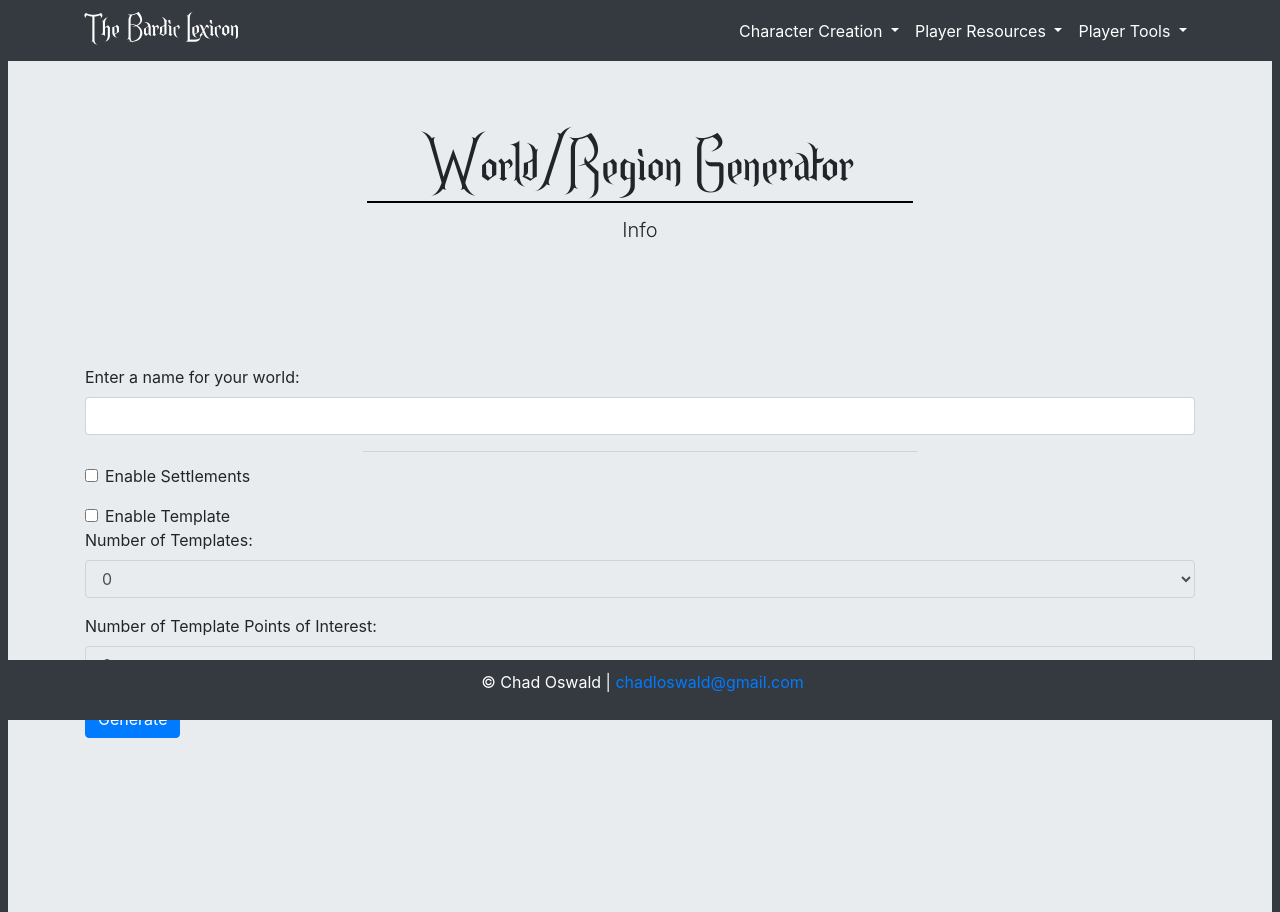
Repository: ChaidGPT/TheBardicLexicon
Page: playerTools/worldGenerator.html
The author's editor kept a copy of each file at every save. The page is drawn from the files as they stood at one save, then again after the next save.
The browser window is 1280 px wide. The pictures show the whole page.

Above is the page before, as saved 2024-02-05 09:06:21.

### playerTools/worldGenerator.html
<!DOCTYPE html>
<html lang="en">
  <head>
    <meta charset="utf-8" />
    <meta name="viewport" content="width=device-width, initial-scale=1" />
    <title>World Generator</title>
    <link
      rel="stylesheet"
      href="https://cdn.jsdelivr.net/npm/bootstrap@4.3.1/dist/css/bootstrap.min.css"
      integrity="sha384-ggOyR0iXCbMQv3Xipma34MD+dH/1fQ784/j6cY/iJTQUOhcWr7x9JvoRxT2MZw1T"
      crossorigin="anonymous"
    />
    <link rel="stylesheet" href="../style.css" />
  </head>

  <body>
    <header class="header-top">
      <nav class="navbar navbar-expand-lg fixed-top">
        <div class="container">
          <a class="navbar-brand navMonsterName" href="../index.html"
            >The Bardic Lexicon</a
          >
          <button
            class="navbar-toggler navbar-dark"
            type="button"
            data-toggle="collapse"
            data-target="#navbarNavDropdown"
            aria-controls="navbarNavDropdown"
            aria-expanded="false"
            aria-label="Toggle navigation"
          >
            <span class="navbar-toggler-icon"></span>
          </button>
          <div class="collapse navbar-collapse" id="navbarNavDropdown">
            <ul class="navbar-nav ml-auto nav justify-content-end">
              <li class="nav-item dropdown">
                <a
                  class="nav-link dropdown-toggle"
                  href="#"
                  id="navbarCharacter"
                  role="button"
                  data-toggle="dropdown"
                  aria-haspopup="true"
                  aria-expanded="false"
                >
                  Character Creation
                </a>
                <div class="dropdown-menu" aria-labelledby="navbarCharacter">
                  <a class="dropdown-item" href="../playerResources/races.html"
                    >Races</a
                  >
                  <a
                    class="dropdown-item"
                    href="../playerResources/classes.html"
                    >Classes</a
                  >
                  <a
                    class="dropdown-item"
                    href="../playerResources/personality.html"
                    >Personality & Inspiration</a
                  >
                  <a
                    class="dropdown-item"
                    href="../playerResources/background.html"
                    >Character Backgrounds</a
                  >
                </div>
              </li>
              <li class="nav-item dropdown">
                <a
                  class="nav-link dropdown-toggle"
                  href="#"
                  id="navbarResources"
                  role="button"
                  data-toggle="dropdown"
                  aria-haspopup="true"
                  aria-expanded="false"
                >
                  Player Resources
                </a>
                <div class="dropdown-menu" aria-labelledby="navbarResources">
                  <h6 class="dropdown-header">Items</h6>
                  <a class="dropdown-item" href="../playerResources/gear.html"
                    >Adventuring Gear</a
                  >
                  <a
                    class="dropdown-item"
                    href="../playerResources/equipment.html"
                    >Equipment</a
                  >
                  <div class="dropdown-divider"></div>
                  <h6 class="dropdown-header">Magic</h6>
                  <a class="dropdown-item" href="../playerResources/spells.html"
                    >Spells</a
                  >
                  <div class="dropdown-divider"></div>
                  <h6 class="dropdown-header">Inhabitants of the Realms</h6>
                  <a
                    class="dropdown-item"
                    href="../playerResources/bestiary.html"
                    >Bestiary</a
                  >
                  <a class="dropdown-item" href="../playerResources/gods.html"
                    >Gods & Deities</a
                  >
                </div>
              </li>
              <li class="nav-item dropdown">
                <a
                  class="nav-link dropdown-toggle"
                  href="#"
                  id="navbarDropdown"
                  role="button"
                  data-toggle="dropdown"
                  aria-haspopup="true"
                  aria-expanded="false"
                >
                  Player Tools
                </a>
                <div class="dropdown-menu" aria-labelledby="navbarDropdown">
                  <a class="dropdown-item" href="../playerTools/charSheet.html"
                    >Character Sheet</a
                  >
                  <a class="dropdown-item" href="../playerTools/dice.html"
                    >Dice Roll Generator</a
                  >
                  <div class="dropdown-divider"></div>
                  <a class="dropdown-item" href="#">More</a>
                </div>
              </li>
            </ul>
          </div>
        </div>
      </nav>
    </header>

    <div class="container" id="monsterPage">
      <div class="container-fluid px-4 py-5 my-5 text-center">
        <h1 class="display-5 fw-bold contentsPageName">
          World/Region Generator
        </h1>
        <div>
          <div class="horizontal-line"></div>
          <p class="lead mb-4">Info</p>
        </div>
      </div>

      <div class="container mt-5 text-left">

        <!-- Start World Generator Form -->

        <form id="worldForm" class="mb-4">

          <!-- Start World Name Field -->
          <div class="form-group">
            <label for="worldName">Enter a name for your world:</label>
            <input type="text" class="form-control" id="worldName" autocomplete="off" required />
          </div>
          <!-- End World Name Field -->

          <div class="light-horizontal-line"></div>

<!-- Start Settlement Options -->
<div class="form-group">
  <div class="form-check">
    <input
      class="form-check-input"
      type="checkbox"
      id="enableSettlements"
      data-toggle="collapse"
      data-target="#settlementOptions"
    />
    <label class="form-check-label" for="enableSettlements"
      >Enable Settlements</label
    >
  </div>

  <!-- Add the 'collapse' class to the following div -->
  <div id="settlementOptions" class="collapse">

    <!-- Wrap both settlement options in a common container -->
    <div class="settlement-options-container">

      <!-- Number of Settlements -->
      <div>
        <label for="settlements">Number of Settlements:</label>
        <select class="form-control" id="settlements" disabled>
          <option value="0">0</option>
          <option value="1">1</option>
          <option value="2">2</option>
          <option value="3">3</option>
          <option value="4">4</option>
          <option value="5">5</option>
          <!-- Add more options as needed -->
        </select>
      </div>

      <!-- Number of Settlement Points of Interest -->
      <div>
        <label for="settlementPOI"
          >Number of Settlement Points of Interest:</label
        >
        <select class="form-control" id="settlementPOI" disabled>
          <option value="0">0</option>
          <option value="1">1</option>
          <option value="2">2</option>
          <option value="3">3</option>
          <option value="4">4</option>
          <option value="5">5</option>
          <!-- Add more options as needed -->
        </select>
      </div>

    </div>
    <div class="light-horizontal-line"></div>
  </div>

</div>
<!-- End Settlement Options -->




          <!-- Start Template Options -->
          <div class="form-group">
            <div class="form-check">
              <input
                class="form-check-input"
                type="checkbox"
                id="enableTemplate"
              />
              <label class="form-check-label" for="enableTemplate"
                >Enable Template</label
              >
            </div>
            <label for="template">Number of Templates:</label>
            <select class="form-control" id="template" disabled>
              <option value="0">0</option>
              <option value="1">1</option>
              <option value="2">2</option>
              <option value="3">3</option>
              <option value="4">4</option>
              <option value="5">5</option>
              <!-- Add more options as needed -->
            </select>
          </div>

          <div class="form-group">
            <label for="templatePOI"
              >Number of Template Points of Interest:</label
            >
            <select class="form-control" id="templatePOI" disabled>
              <option value="0">0</option>
              <option value="1">1</option>
              <option value="2">2</option>
              <option value="3">3</option>
              <option value="4">4</option>
              <option value="5">5</option>
              <!-- Add more options as needed -->
            </select>
          </div>
          <!-- End Template Options -->

          <!-- Submit Button -->
          <button type="submit" class="btn btn-primary">Generate</button>
        </form>

        <!-- End World Generator Form -->

        <div id="generatedContent"></div>

        <div class="text-center mt-3">
          <button type="button" class="btn btn-secondary" id="printButton">
            Print
          </button>
        </div>
      </div>
    </div>

    <footer class="page-footer font-small blue fixed-bottom">
      <p>
        &copy; Chad Oswald |
        <a href="mailto:chadloswald@gmail.com">chadloswald@gmail.com</a>
      </p>
    </footer>

    <script
      src="https://code.jquery.com/jquery-3.3.1.slim.min.js"
      integrity="sha384-q8i/X+965DzO0rT7abK41JStQIAqVgRVzpbzo5smXKp4YfRvH+8abtTE1Pi6jizo"
      crossorigin="anonymous"
    ></script>
    <script
      src="https://cdn.jsdelivr.net/npm/popper.js@1.14.7/dist/umd/popper.min.js"
      integrity="sha384-UO2eT0CpHqdSJQ6hJty5KVphtPhzWj9WO1clHTMGa3JDZwrnQq4sF86dIHNDz0W1"
      crossorigin="anonymous"
    ></script>
    <script
      src="https://cdn.jsdelivr.net/npm/bootstrap@4.3.1/dist/js/bootstrap.min.js"
      integrity="sha384-JjSmVgyd0p3pXB1rRibZUAYoIIy6OrQ6VrjIEaFf/nJGzIxFDsf4x0xIM+B07jRM"
      crossorigin="anonymous"
    ></script>
    <script src="worldGenerator.js"></script>
  </body>
</html>

### style.css
@font-face {
  font-family: 'endor';
  src: url('endor.ttf') format('truetype');
}

html {
  border-left: 8px solid #343a40;
  border-right: 8px solid #343a40;
  min-height: 100%;
}

.header-top {
  position: relative;
  z-index: 10;
}

/* CSS for header */
.navbar {
  background-color: #343a40;
  color: #fff;
}

.navbar .navbar-brand {
  color: #fff;
}

.navbar .navbar-brand:hover {
  color: lightgrey;
}

.navbar .nav-link {
  color: #fff;
}

.navbar .nav-link:hover {
  color: lightgrey;
}

nav .navbar-toggler-icon {
  color: #fff;
}

body {
  background-color: #e9ecef;
  padding: 25px 0 0 0;
}

.beast-thumbnail {
  width: auto;
  max-height: 150px;
}

.bestiary-figure {
  border: 2px transparent solid;
  background-color: #fff;
}

.bestiary-figure:hover {
  border: 2px black solid;
}

/* CSS for footer */
footer {
  background-color: #343a40;
  color: #fff;
  padding: 10px;
  margin: 30px 0 0 0;
  display: flex;
  justify-content: center;
  align-items: center;
  border-left: 5px solid #343a40;
}

.goBackBtn {
  position: absolute;
  top: 65px;
  left: 13px;

  padding: .25rem .4rem;
  font-size: .875rem;
  line-height: .5;
  border-radius: .2rem;
}

.jumbotron {
  text-align: center;
  margin-bottom: 100px;
  min-height: 500px;

  h1, p {
    text-align: left;
  }
}

/* .card {
  padding: 20px;
  border: 2px lightgray solid;
  border-radius: 5%;
  max-width: 85%;
  margin: 30px auto;
} */

#monsterPage {
  padding: 20px 0px 150px 0px;
  min-height: 100vh;
  justify-content: center;
  align-items: center;
  text-align: center;
}

.monsterName {
  font-family: 'endor';
  padding-top: 20px;
  padding-bottom: 10px;
  text-align: center;
}

.navMonsterName {
  font-family: 'endor';
  /* padding-top: 20px; */
  padding-bottom: 10px;
}

.contentsPageName {
  font-family: 'endor';
}

a.list-group-flush.border-0 {
  padding-left: 20px;
}

.monsterImageContainer {
  display: flex;
  justify-content: center;
  margin: 0 0 10px 0;
}

.monsterImageContainer img {
  border: 2px black solid;
  border-radius: 5%;
  background-color: #D0C6B1;
  max-width: 300px;
  transition: transform 0.3s ease;
}

#collapseStats {
  border: 2px lightgray solid;
  border-radius: 5%;
  margin: 30px auto;
  padding: 5px 15px;
  background-color: white;
  max-width: 500px;
}

#collapseStats p {
  text-align: left;
}

#collapseStats2 {
  border: 2px lightgray solid;
  margin: 30px auto;
  padding: 5px 15px;
  background-color: white;
  max-width: 500px;
}

#collapseStats2 p {
  text-align: left;
}

#collapseLore {
  border: 2px lightgray solid;
  margin: 30px auto;
  padding: 5px 15px;
  background-color: white;
  max-width: 500px;
}

#collapseLore p {
  text-align: left;
}

li {
  text-align: left;
}

.tableContainer {
  display: flex;
  justify-content: center;
  border-radius: 10px;
}

table {
  border-collapse: collapse;
  width: 300px;
}

.tg {
  border-collapse: collapse;
  border-spacing: 0;
}

.tg td {
  border-color: black;
  border-style: solid;
  border-width: 1px;
  font-family: Arial, sans-serif;
  font-size: 14px;
  overflow: hidden;
  padding: 10px 5px;
  word-break: normal;
}

.tg th {
  border-color: black;
  border-style: solid;
  border-width: 1px;
  font-family: Arial, sans-serif;
  font-size: 14px;
  font-weight: normal;
  overflow: hidden;
  padding: 10px 5px;
  word-break: normal;
}

.tg .tg-uqo3 {
  background-color: #efefef;
  text-align: center;
  vertical-align: top
}

.tg .tg-yj5y {
  background-color: #efefef;
  border-color: inherit;
  text-align: center;
  vertical-align: top
}

.tg .tg-34fe {
  background-color: #c0c0c0;
  border-color: inherit;
  text-align: center;
  vertical-align: top
}


.tg  {border-collapse:collapse;border-spacing:0;}
.tg td{border-color:black;border-style:solid;border-width:1px;font-family:Arial, sans-serif;font-size:14px;
  overflow:hidden;padding:10px 5px;word-break:normal;}
.tg th{border-color:black;border-style:solid;border-width:1px;font-family:Arial, sans-serif;font-size:14px;
  font-weight:normal;overflow:hidden;padding:10px 5px;word-break:normal;}
.tg .tg-f5e1{background-color:#efefef;border-color:#000000;color:#c0c0c0;text-align:center;vertical-align:top}
.tg .tg-yj5y{background-color:#efefef;border-color:inherit;text-align:center;vertical-align:top}
.tg .tg-34fe{background-color:#c0c0c0;border-color:inherit;text-align:center;vertical-align:top}
.tg .tg-kftd{background-color:#efefef;text-align:left;vertical-align:top}



.bold-text {
  font-weight: bold;
}

.underline-text {
  text-decoration: underline;
}

.horizontal-line {
  border-top: 2px solid black;
  width: 50%;
  margin: 12px auto;
  display: flex;
  justify-content: center;
  align-items: center;

  @media screen and (max-width: 786) {
    width: 80%;
    margin: 10px auto;
  }

  @media screen and (max-width: 480px) {
    width: 80%;
    margin: 10px auto;
  }
}

.light-horizontal-line {
  border-top: 1px solid lightgray;
  width: 50%;
  margin: 12px auto;
  display: flex;
  justify-content: center;
  align-items: center;

  @media screen and (max-width: 786) {
    width: 80%;
    margin: 10px auto;
  }

  @media screen and (max-width: 480px) {
    width: 80%;
    margin: 10px auto;
  }
}

/* Monster Page Specific */

.monsterBtn {
  margin: 5px;
  font-family: 'spindles';
}

.critical-failure {
  color: red;
  font-weight: bold;
}

.critical-success {
  color: green;
  font-weight: bold;
}

.attributeForm {
  max-width: 50px;
}

#characterPage {
  padding: 50px 15px 150px 15px;
  min-height: 100vh;
  justify-content: center;
  align-items: center;
}

/* Character Sheet Specific */

.attributes {
  border: 2px solid black;
  padding: 5px;
  max-width: auto;
}

/* Dice page stuff */

.diceBtn {
  margin: 5px;
}

.diceP {
  margin: 0;
}

.diceForm {
  padding-top: 17px;
}

.menuBox {
  background-color: white;
  margin-bottom: 50px;
}

.personalityAccordian {
  margin-bottom: 150px;
}

.godSymbol {
  max-width: 150px;
  margin: 15px;
}


#printButton {
  display: none;
}

Loaded but not shown: playerTools/worldGenerator.js (509 lines, source omitted)

After the next save:
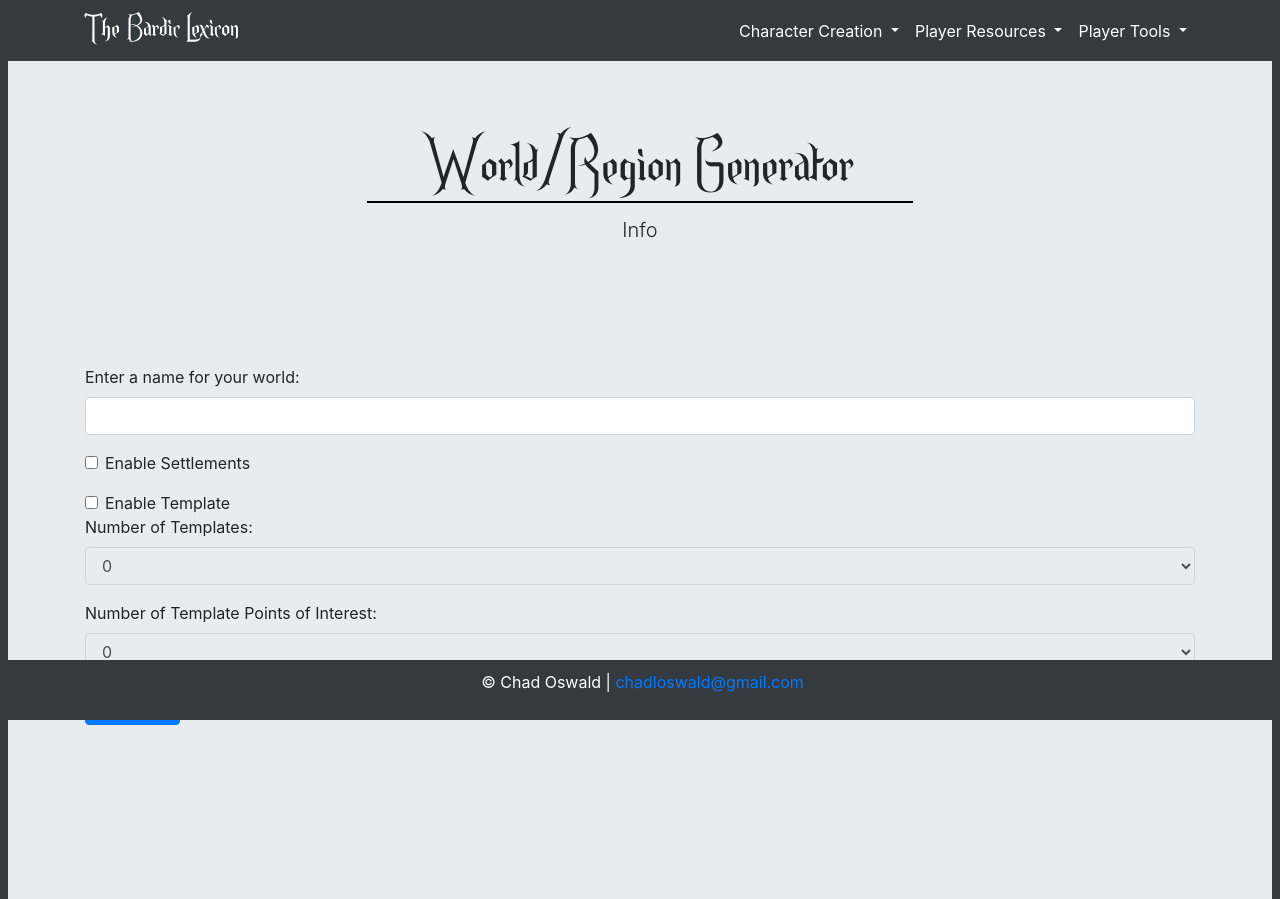
Saved 115 s later.
--- a/playerTools/worldGenerator.html
+++ b/playerTools/worldGenerator.html
@@ -158,7 +158,6 @@
           </div>
           <!-- End World Name Field -->
 
-          <div class="light-horizontal-line"></div>
 
 <!-- Start Settlement Options -->
 <div class="form-group">
